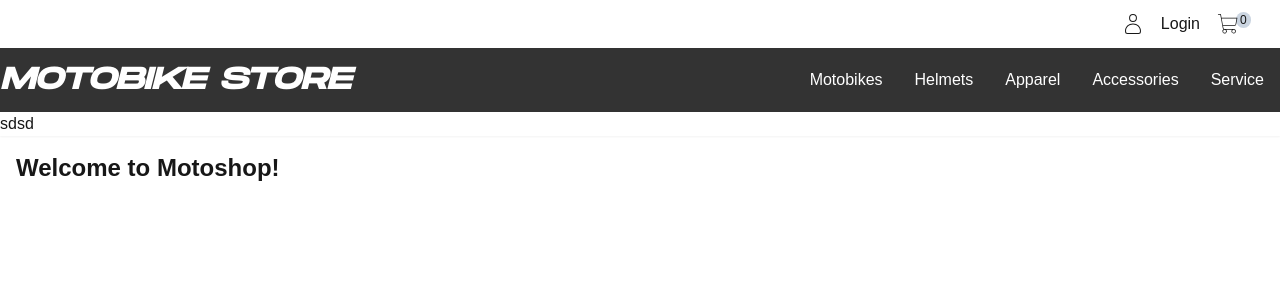
Repository: Than-sothearak/next-motoshop
Page: /
An editor plug-in stored every save of this project. The page is shown before and after the next save, followed by the edit.
The browser window is 1280 px wide. The pictures show the whole page.
The project was rebuilt for these pictures with package versions that can differ from the ones it lists, and the page was loaded fresh each time. The framework's server and built-in components were replaced by stand-ins that run in the browser. Also part of the build but not shown: next.config.mjs.

Above is the page before, as saved 2024-10-10 21:22:15.

After the next save:
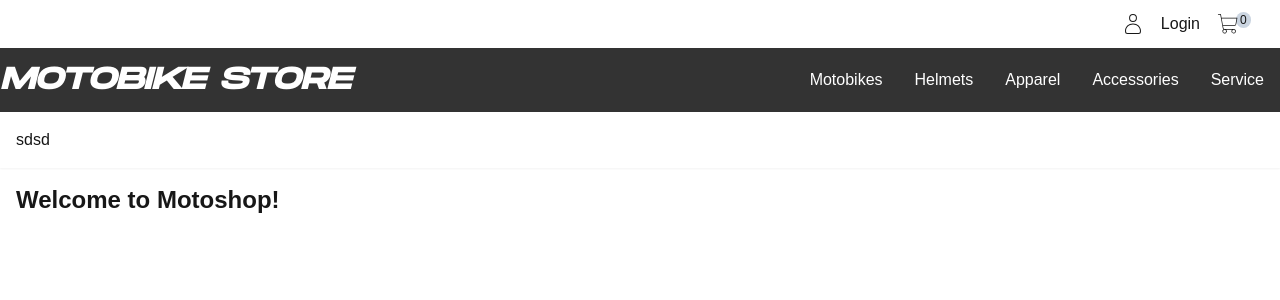
Saved 7 s later.
--- a/app/components/Navbar.js
+++ b/app/components/Navbar.js
@@ -51,7 +51,7 @@ export default function Navbar() {
           </div>
         </div>
       </nav>
-      <div className="container mx-auto shadow-sm">sdsd</div>
+      <div className="container mx-auto shadow-sm p-4">sdsd</div>
     </>
   );
 }
